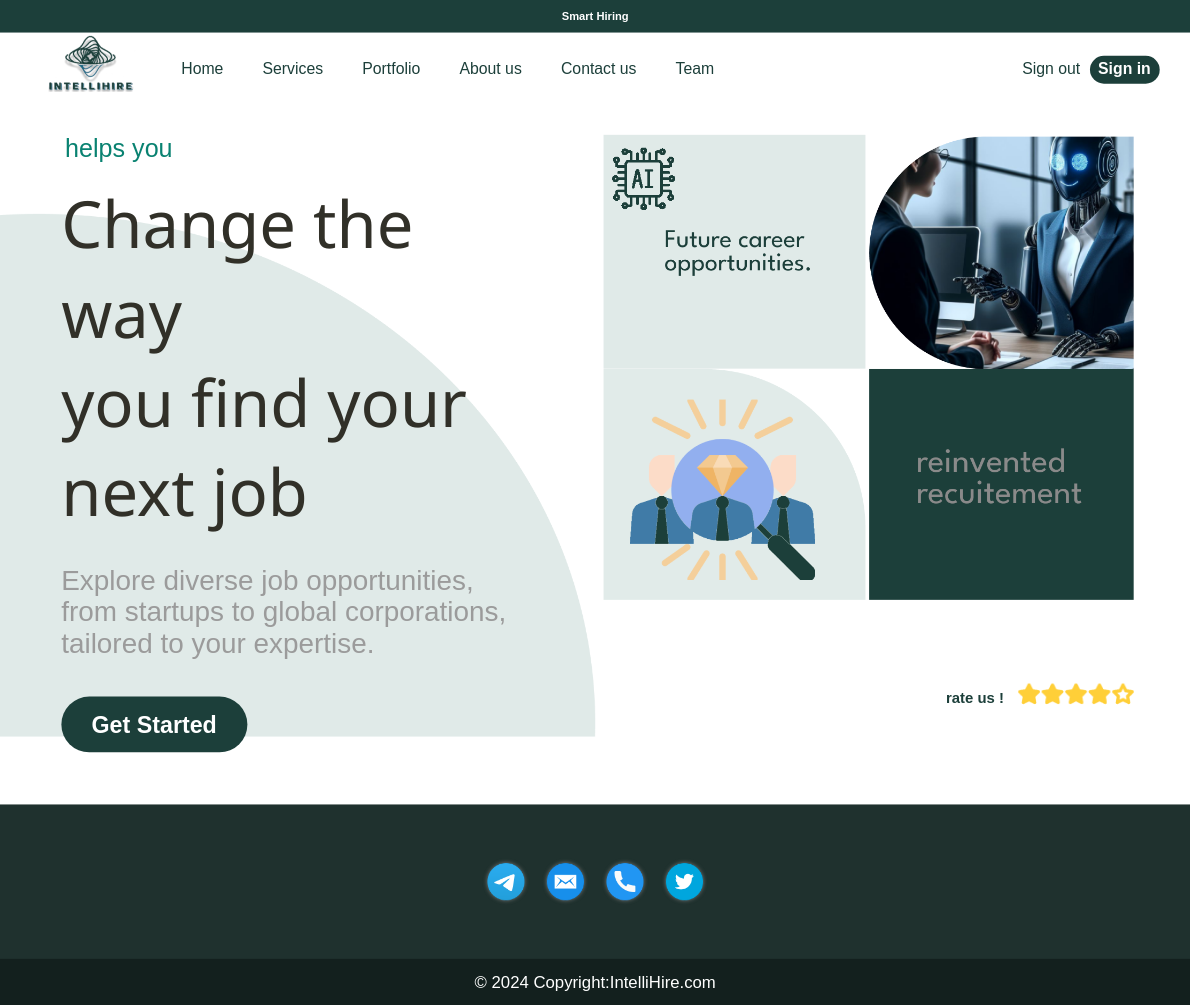
Repository: arijkl/Projet-PFA
Page: HomePage.html
The author's editor kept a copy of each file at every save. The page is drawn from the files as they stood at one save, then again after the next save.
The browser window is 1280 px wide. The pictures show the whole page, at 93% of full size.

Above is the page before, as saved 2024-04-21 23:58:59.

### HomePage.html
<!DOCTYPE html>
<html lang="en">

<head>
    <meta charset="UTF-8" />
    <meta name="viewport" content="width=device-width, initial-scale=1.0" />
    <title>Document</title>
    <link rel="stylesheet" href="HomePage.css" />
</head>

<body>
    <nav class="beforeNav">
        <span>Smart Hiring</span>
    </nav>
    <nav class="navBar">
        <span class="Mainlogo"><img src="Assets/mainlogo.png" alt="" /></span>
        <ul>
            <li><a href="">Home</a></li>
            <li><a href="">Services</a></li>
            <li><a href="">Portfolio</a></li>
            <li><a href="">About us</a></li>
            <li><a href="">Contact us</a></li>
            <li><a href="">Team</a></li>
        </ul>
        <span class="signin-out">
            <a href="">Sign out</a>
            <a href="" class="sign-in">Sign in</a>
        </span>
    </nav>

    <div class="container">

        <div class="left-container">
            <div class="img-container" ></div>
            <span class="hepls-you">helps you</span>

            <h1>
                Change the way <br />
                you find your <br />
                next job
            </h1>
            <span class="paraetbtn">
            <p>
                Explore diverse job opportunities,<br />
                from startups to global corporations,<br />
                tailored to your expertise.
            </p>
            <button class="started-btn">Get Started</button>
            </span>
        </div>
        <div class="right-container">
            <img src="Assets/Home-right-image.png" alt="" class="imgRight" />
            <span>
                rate us !
                <img src="Assets/rate.png" alt="" class="rate-us" />
            </span>
        </div>

    </div>


    <footer>
        <div class="icons">
            <button>
                <img src="Assets/tlg.png" alt="" />
            </button>
            <button>
                <img src="Assets/gm.png" alt="" />
            </button>
            <button>
                <img src="Assets/tel.png" alt="" />
            </button>
            <button>
                <img src="Assets/tt.png" alt="" />
            </button>

        </div>

        <span>
            © 2024 Copyright:
            <a href="#home">IntelliHire.com</a>
        </span>
    </footer>
</body>

</html>

### HomePage.css
* {
    margin: 0px;
    padding: 0px;
    font-family: 'Montserrat', sans-serif;
}

@font-face {
    font-family: 'Montserrat';
    src: url('https://fonts.googleapis.com/css2?family=Montserrat&display=swap');
    /* You can also host the font files locally and provide the path accordingly */
}




body {
    font-family: 'Montserrat', sans-serif;
    background: white;
    color: #1C3F3A;
    height: 100vh;
    width: 100%;

}

/*                                   Hero section                              */
.beforeNav {
    background-color: #1C3F3A;
    height: 35px;
    color: white;
    display: flex;
    justify-content: space-around;
    align-items: center;
    font-weight: 550;
    font-size: 12px;

}
/*                                  navigation bar                              */
.Mainlogo {
    height: 100%;
    width: 15%;

}

.Mainlogo img {
    position: absolute;
    height: 100px;
    width: 150px;

}

.navBar {

    height: 80px;
    display: flex;
    justify-content: space-between;
    margin-left: 20px;
    margin-right: 20px;
    font-weight: 500;



}

.navBar ul {
    display: flex;
    justify-content: space-around;
    align-items: center;
    width: 60%;
    list-style: none;
    margin-right: 25%;
    font-size: 17px;

}

.navBar ul li a {
    text-decoration: none;
    color: #1C3F3A;



}

.signin-out {
    display: flex;
    align-items: center;
    margin-right: 7px;
    width: 15%;



}

.signin-out a {
    text-decoration: none;
    font-size: 17px;

}

.signin-out a:first-child {
    color: #1C3F3A;

}

.sign-in {
    display: flex;
    justify-content: center;
    align-items: center;
    width: 75px;
    height: 30px;
    font-weight: 550;
    margin-left: 10px;
    color: white;
    background-color: #1C3F3A;
    border-radius: 15px;



}
/*                                  main content                           */
.container{
    display: flex;
    justify-content: space-between;
    align-items:center;
    height: 100%;
    margin-left: 50px;
    margin-right: 61.5px;
    margin-top:30px;

    z-index:777;
}

.left-container{
    height: 100%;
    width:45%;
    display: flex;
    flex-direction: column;
    justify-content:space-evenly;


}
.img-container{
    background-color: transparent;
    position:absolute;
    left:0px;
    top:230px;
    height:80% ;
    width:50%;

    margin-left: 0px;
    background-image : url(Assets/bg.png);
    background-size: contain;
    background-repeat: no-repeat;
    z-index: -999999;


}
/*      right content           */
.right-container{
    height: 100%;
    width:45%;
    display: flex;
    flex-direction: column;
    justify-content:space-between;
    align-items:flex-end;
}
.imgRight{

    height:500px;
    width:570px;

}
.right-container span{
    display:flex;
    justify-content: space-around;
    align-items:flex-end;
    gap:15px;
    margin-bottom:20%;
    font-weight:bold;
}
/*      left content           */
.hepls-you{
    margin-left:20px;
    font-size: 27px;
    color:#098271;
}
.left-container h1{

    font-size:70px;
    padding:3% ;
    font-family:'Segoe UI', Tahoma, Geneva, Verdana, sans-serif;
    color:#313028;
    font-weight: 500;
}
.paraetbtn{
    margin-bottom:120px;
    padding: 20px;
    color:#9B9B9B;
    padding:3%;
    font-size:30px;
}
.started-btn{
    margin-top:40px;
    height:60px;
    width:200px;
    font-size: 25px;
    font-weight: bold;
    color:white;
    background-color:#1C3F3A;
    border:none;
    border-radius: 50px;

}

/*                                  footer                                    */
footer{

    background-color:#1f312e;
    height:30%;
    color:white;
    display: flex;
    flex-direction: column;
    justify-content: flex-end;
    align-items:center;


}
.icons{
    display: flex;
    justify-content: space-around;
    align-items: center;
    height:100%;
    width:20%;
}
.icons button{
    background-color:#1f312e;;
    height:40px;
    width:40px;
    border:none;
    box-shadow: 0px 0px 5px 0px rgba(148, 142, 142, 0.797);
    border-radius:50%;
}
.icons button img{

   height:100%;
   width: auto;
}


footer span{
    background-color:#13201e;
    width:100%;
    height:30%;
    margin-top: 0%;
    display: flex;
    justify-content: center;
    align-items:center;
    font-size: large;
}
footer span a{
    color:white;
    text-decoration: none;
    text-align: center;
}

After the next save:
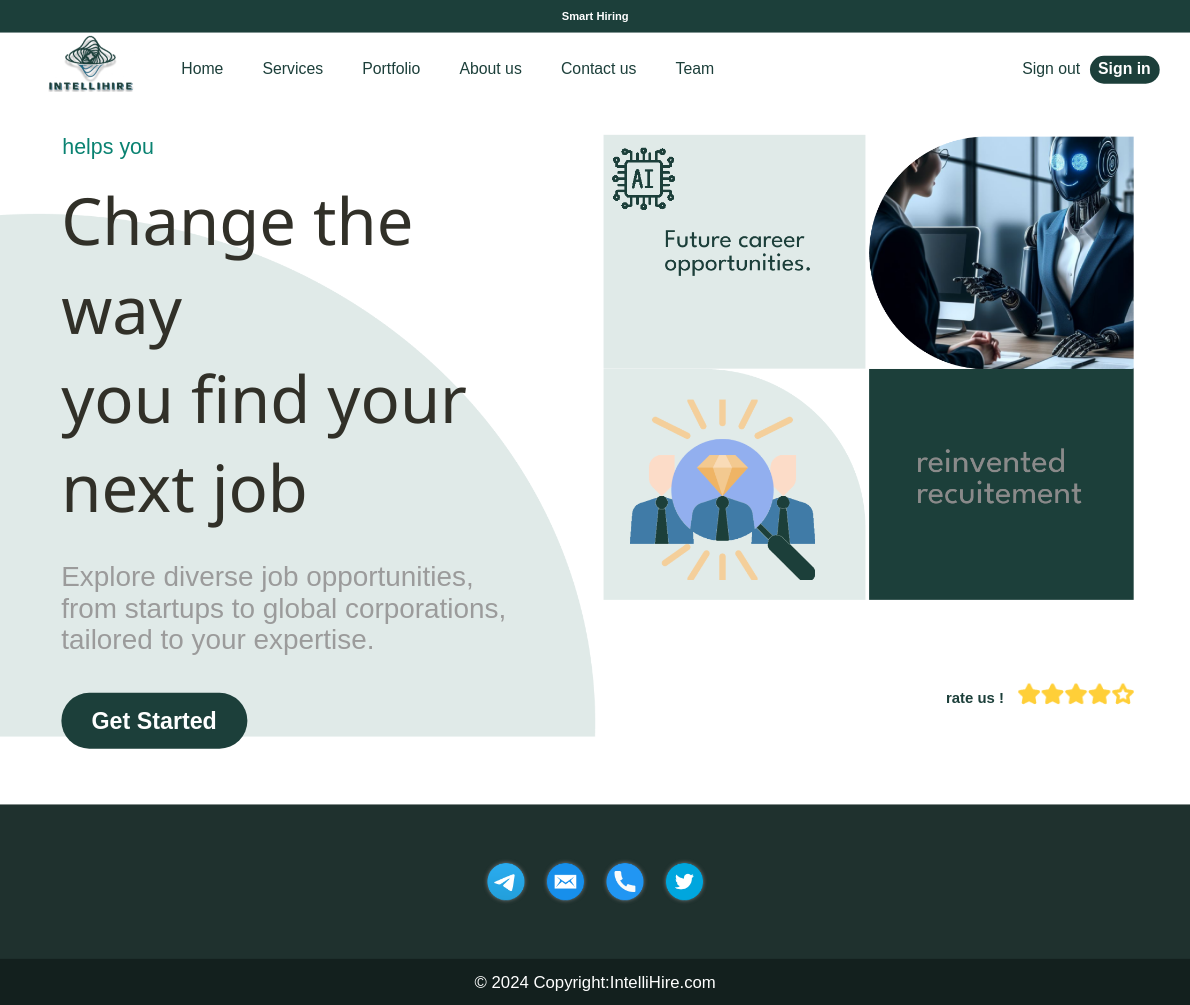
Saved 25 s later.
--- a/HomePage.css
+++ b/HomePage.css
@@ -179,8 +179,8 @@
 }
 /*      left content           */
 .hepls-you{
-    margin-left:20px;
-    font-size: 27px;
+    margin-left:17px;
+    font-size: 23px;
     color:#098271;
 }
 .left-container h1{
